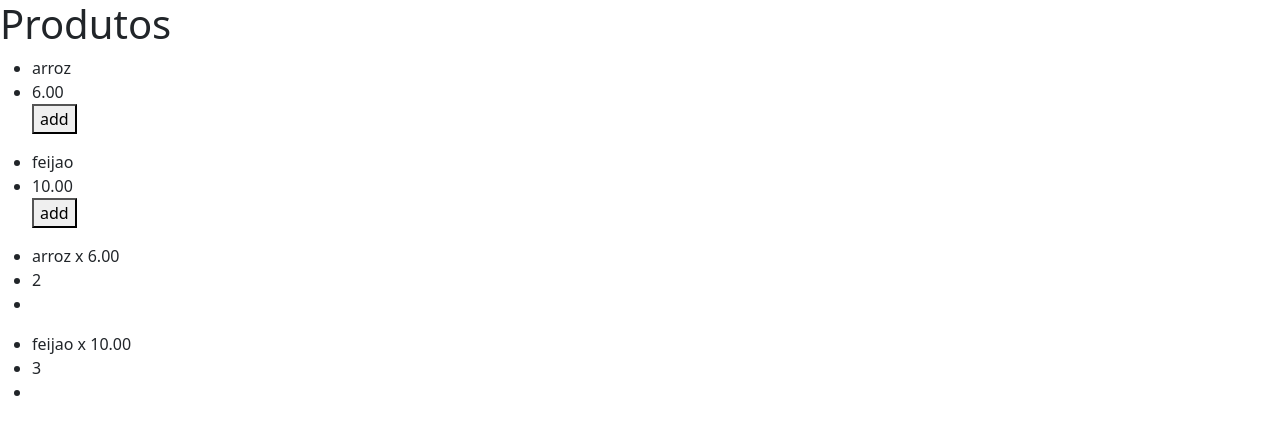
Repository: joaobatistafrontend/test-venda
Page: http://localhost/
An editor plug-in stored every save of this project. The page is shown before and after the next save, followed by the edit.
The browser window is 1280 px wide. The pictures show the whole page.
The page is served by the project's application, run on Django 4.2 (manage.py). The page reads the database file committed with the project.

Above is the page before, as saved 2024-09-22 01:34:03.

After the next save:
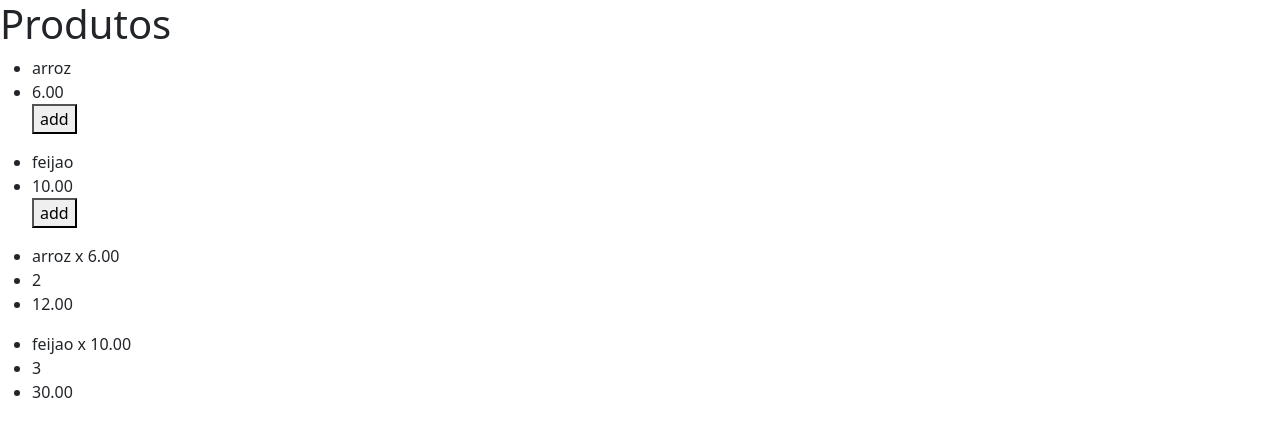
Saved 6 s later.
--- a/templates/index.html
+++ b/templates/index.html
@@ -28,7 +28,7 @@
         <ul>
             <li>{{ p.produto }}</li>
             <li>{{ p.quantidade }}</li>
-            <li>{{ p.valor }}</li>
+            <li>{{ p.preco_total }}</li>
         </ul>
     {% endfor %}
 </body>
